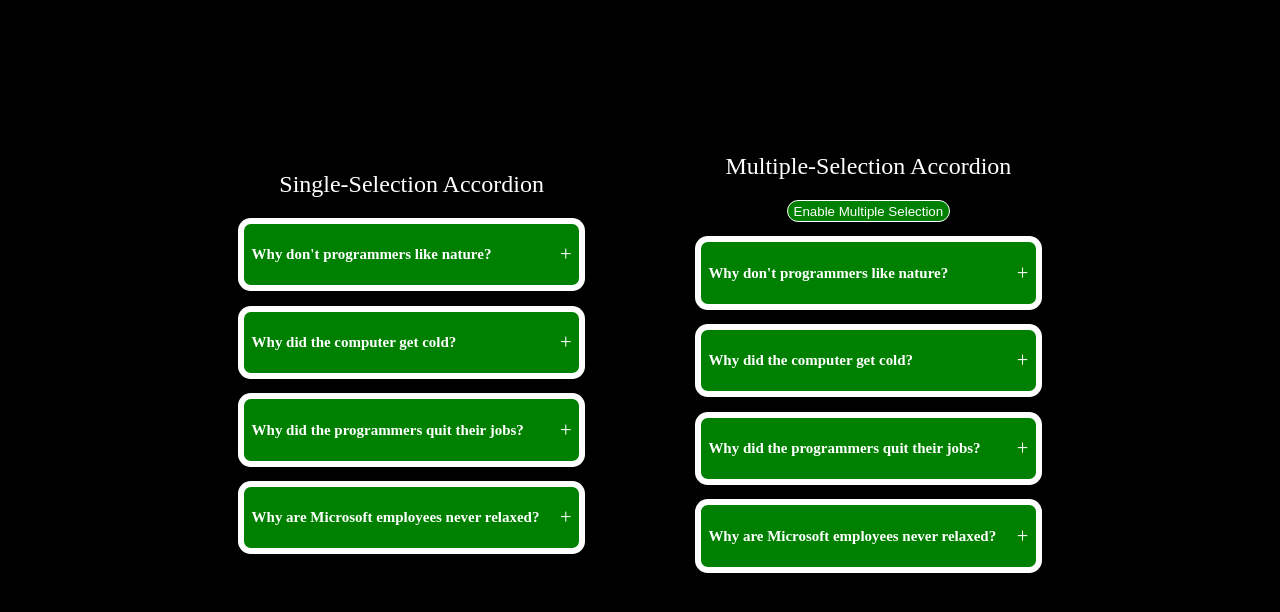
Repository: kosenijr/react-projects
Page: / (app in accordion/)
These files come from the project's save history. The page is drawn as it stood at one moment and after the next save; the edit follows.
The browser window is 1280 px wide. The pictures show the whole page.
The project was rebuilt for these pictures with package versions that can differ from the ones it lists, and the page was loaded fresh each time.

Above is the page before, as saved 2024-03-03 16:42:39.

After the next save:
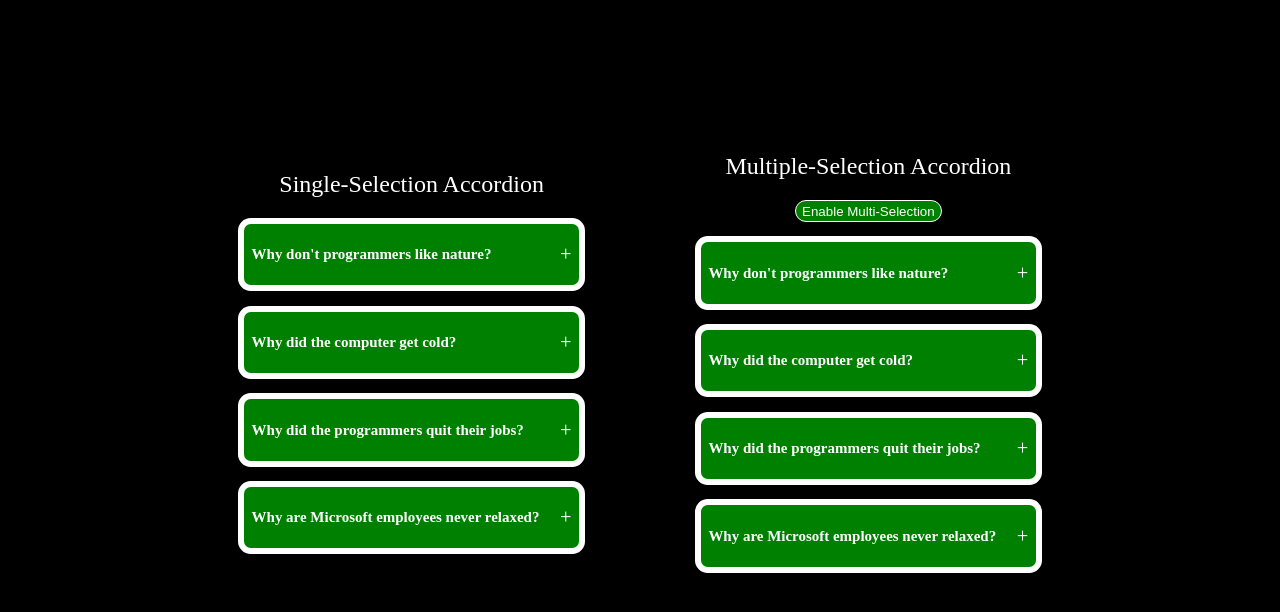
Saved 81 s later.
--- a/accordion/src/components/MultiSelection.js
+++ b/accordion/src/components/MultiSelection.js
@@ -25,7 +25,7 @@ function MultiSelection() {
         <h2 className="multi-selection-description">
           Multiple-Selection Accordion
         </h2>
-        <button className="multi-enable-button" onClick={() => setEnableMultiSelection(!enableMultiSelection)}>{enableMultiSelection ? "Disable Multiple Selection" : "Enable Multiple Selection"}</button>
+        <button className="multi-enable-button" onClick={() => setEnableMultiSelection(!enableMultiSelection)}>{enableMultiSelection ? "Disable Multi-Selection" : "Enable Multi-Selection"}</button>
         {data && data.length > 0 ? (
           data.map((dataItem) => (
             <div
